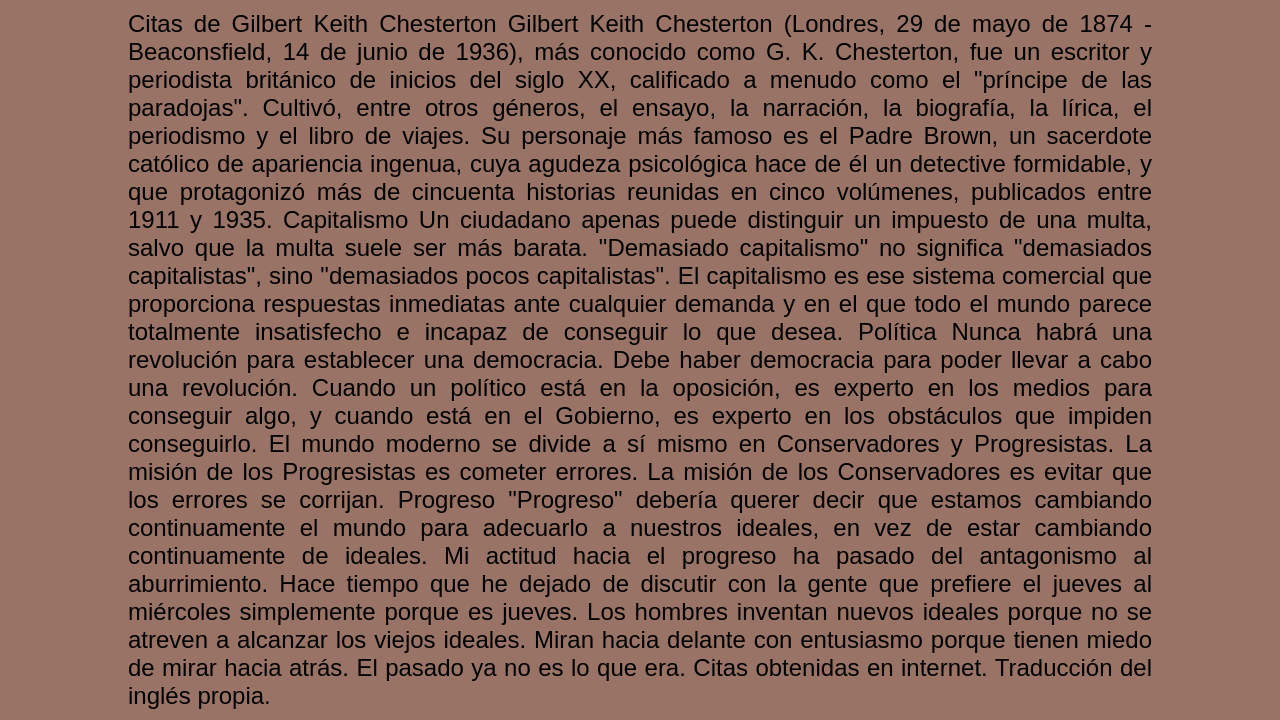
Repository: EmilyMachuca-Developer/Advanced-Programming-Projects
Page: index.html
The author's editor kept a copy of each file at every save. The page is drawn from the files as they stood at one save, then again after a run of saves.
The browser window is 1280 px wide. The pictures show the whole page.

Above is the page before, as saved 2024-02-26 20:14:11.

After the next 2 saves:
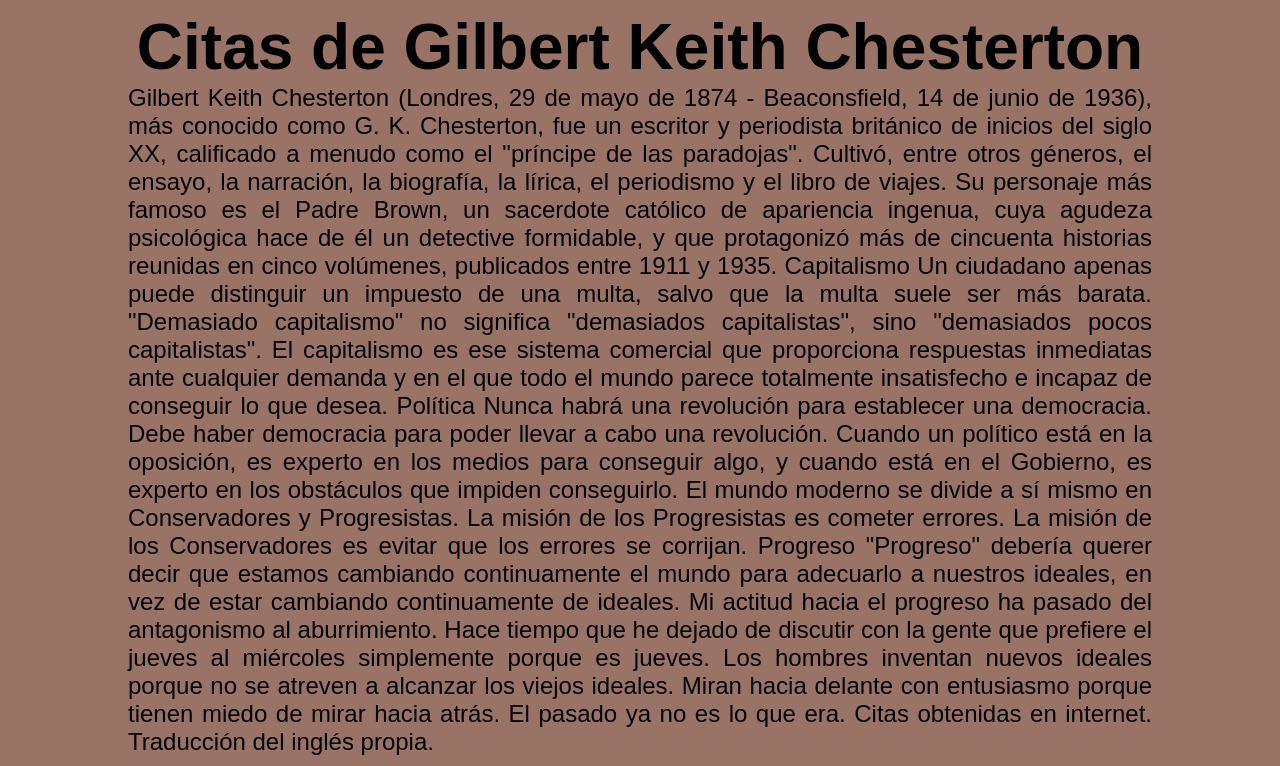
The 2 saves are shown as one change because they came seconds apart.
The last was saved 5 s later.
--- a/index.html
+++ b/index.html
@@ -6,7 +6,7 @@
 </head>
 
 <body>
-<h1></h1>Citas de Gilbert Keith Chesterton
+<h1>Citas de Gilbert Keith Chesterton</h1>
 
 Gilbert Keith Chesterton (Londres, 29 de mayo de 1874 - Beaconsfield, 14 de junio de 1936), más conocido como G. K. Chesterton, fue un escritor y periodista británico de inicios del siglo XX, calificado a menudo como el "príncipe de las paradojas". Cultivó, entre otros géneros, el ensayo, la narración, la biografía, la lírica, el periodismo y el libro de viajes.
 
